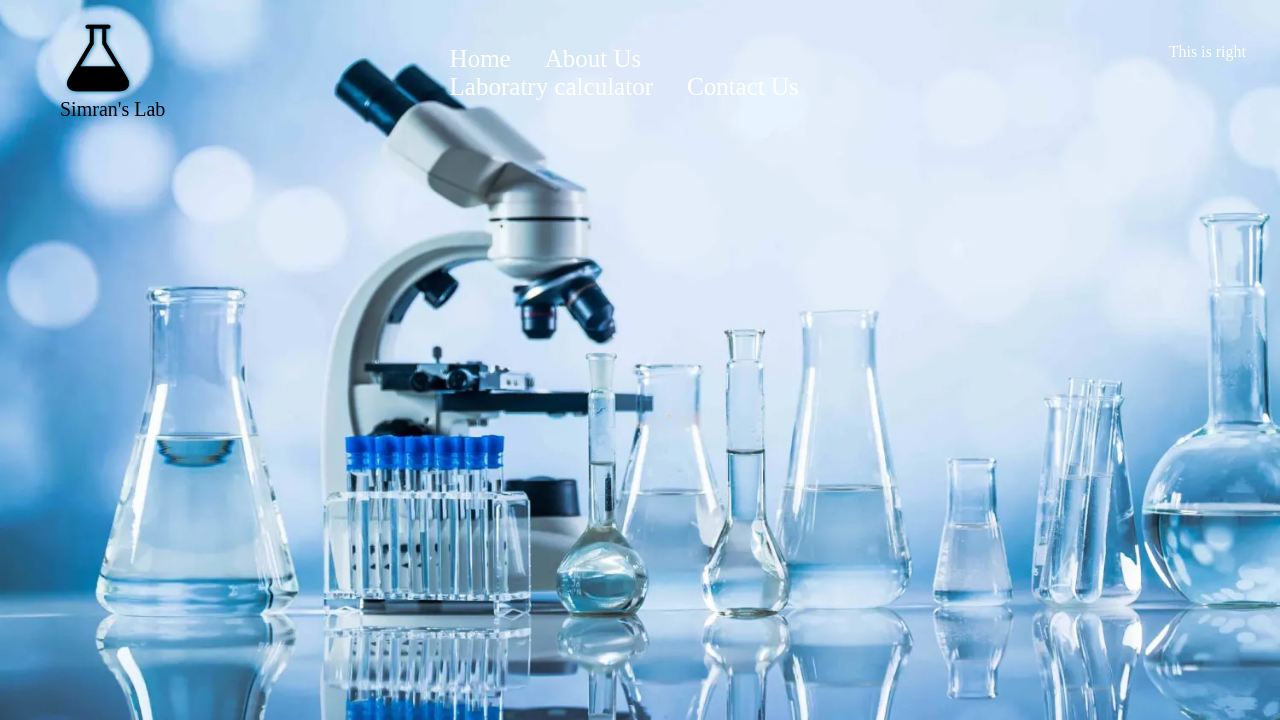
Repository: raisingh22/Simranlearning
Page: html css java/website/index.html
The author's editor kept a copy of each file at every save. The page is drawn from the files as they stood at one save, then again after the next save.
The browser window is 1280 px wide. The pictures show the whole page.

Above is the page before, as saved 2024-01-01 18:37:00.

### html css java/website/index.html
<!DOCTYPE html>
<html lang="en">
<head>
    <meta charset="UTF-8">
    <meta name="viewport" content="width=device-width, initial-scale=1.0">
    <title>Simran's Lab</title>
</head>
<link rel="stylesheet" href="css/style.css">
<style>
    body {
        /* font-family: Impact, Haettenschweiler, 'Arial Narrow Bold', sans-serif; */
        color : white;
        padding: 0px;
        margin: 0px;
        background: url('img/bg2.webp');
        background-size:     cover;
        background-repeat:   no-repeat;
        }
    .left {
        display: inline-block;
        position: absolute;
        left: 60px;
        top: 20px;
        /* background-color: rgba(250, 235, 215, 0.943); */
        /* border: 2px solid #dad5d573; */
    }
    .left img{
        width: 76px;
        /* box-shadow: 10px 10px 20px rgb(167, 39, 39); */
        filter: drop-shadow(1px 1px 2px rgb(29, 144, 197));
        /* filter: invert(100%); */
    }
    .left div {
        line-height: 19px;
        font-size: 20px;
        color: black;
        text-align: center;
    }
    .mid{
        display: i;
        width: 36%;
        margin: 29px auto;
        /* border: 2px solid #427e56; */
        /* background-color: #b7b1b164; */
    }
    .right {
        position: absolute;
        right: 34px;
        top: 43px;
        display: inline-block;
        /* border: 2px solid #f058ed; */

    }
    .navbar{
        display: inline-block;
        /* padding: 0px 25px; */
    }
    .navbar li{
        display: inline-block;
        font-size: 25px;
        margin-right: 30px;
        /* border: 1px solid rgb(214, 161, 161); */
    }
    .navbar li a{
        color: white;
        text-decoration: none;
        /* padding: 5px 10px; */
        /* margin: ; */
        /* background-color: rgba(0, 0, 0, 0.607); */
    }
    .navbar li a:hover, .navbar li a.active{
        text-decoration: underline;
        color: grey;
    }

</style>
<body>
    <header class="header">
        <div class="left">
            <img src="img/logo2.png" alt="">
            <div>Simran's Lab</div>
        </div>
        <div class="mid">
            <ul class="navbar">
                <li><a href="#">Home</a></li>
                <li><a href="#">About Us</a></li>
                <li><a href="#">Laboratry calculator</a></li>
                <li><a href="#">Contact Us</a></li>
            </ul>

        </div>
        <div class="right">
            This is right

        </div>
    </header>

</body>
</html>

Loaded but not shown: html css java/website/css/style.css (no stored copy; drawn as an empty file)

After the next save:
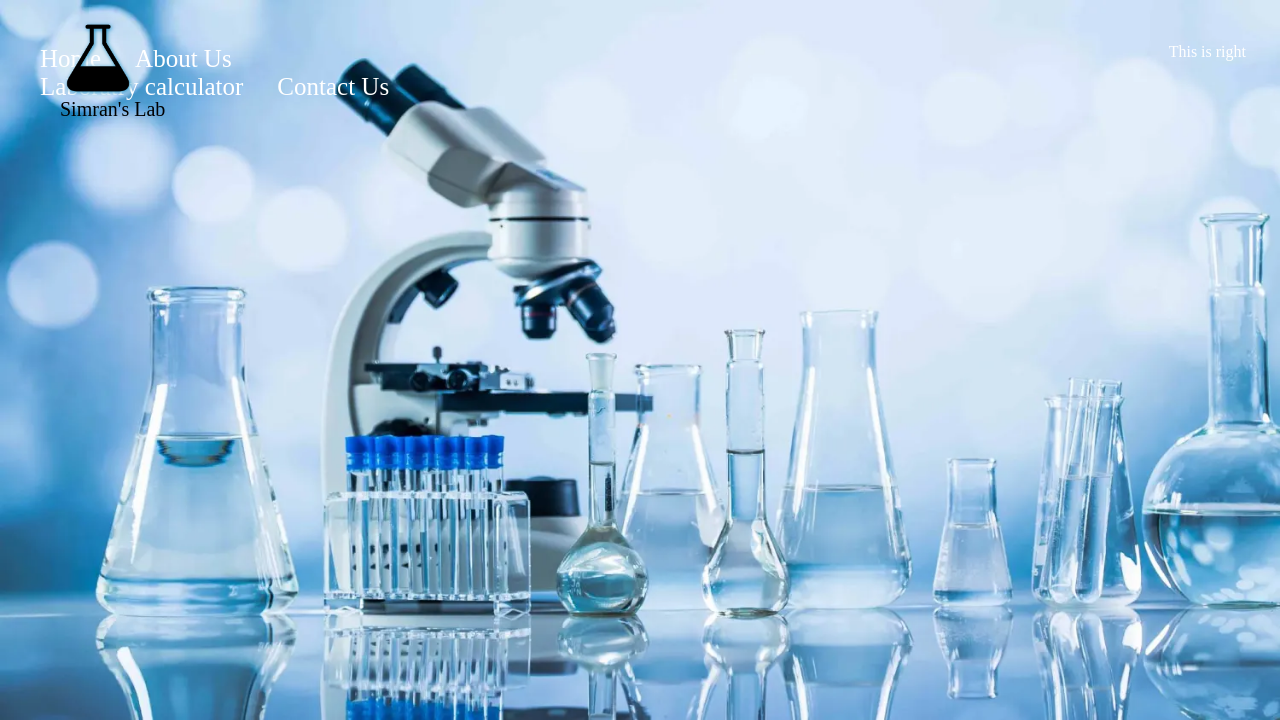
Saved 4 s later.
--- a/html css java/website/index.html
+++ b/html css java/website/index.html
@@ -37,7 +37,7 @@
         text-align: center;
     }
     .mid{
-        display: i;
+        display: inline-block;
         width: 36%;
         margin: 29px auto;
         /* border: 2px solid #427e56; */

After the 3 saves that followed:
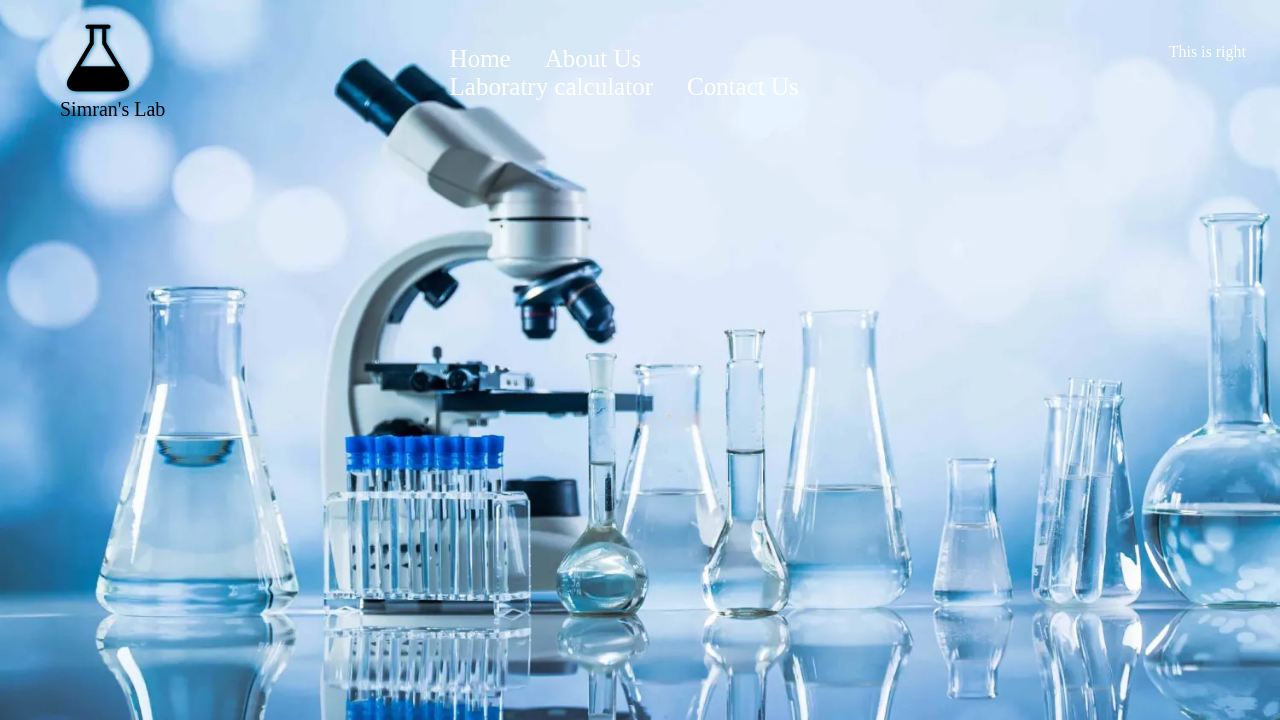
The 3 saves are shown as one change because they came seconds apart.
The last was saved 9 s later.
--- a/html css java/website/index.html
+++ b/html css java/website/index.html
@@ -37,7 +37,7 @@
         text-align: center;
     }
     .mid{
-        display: inline-block;
+        display: block;
         width: 36%;
         margin: 29px auto;
         /* border: 2px solid #427e56; */
